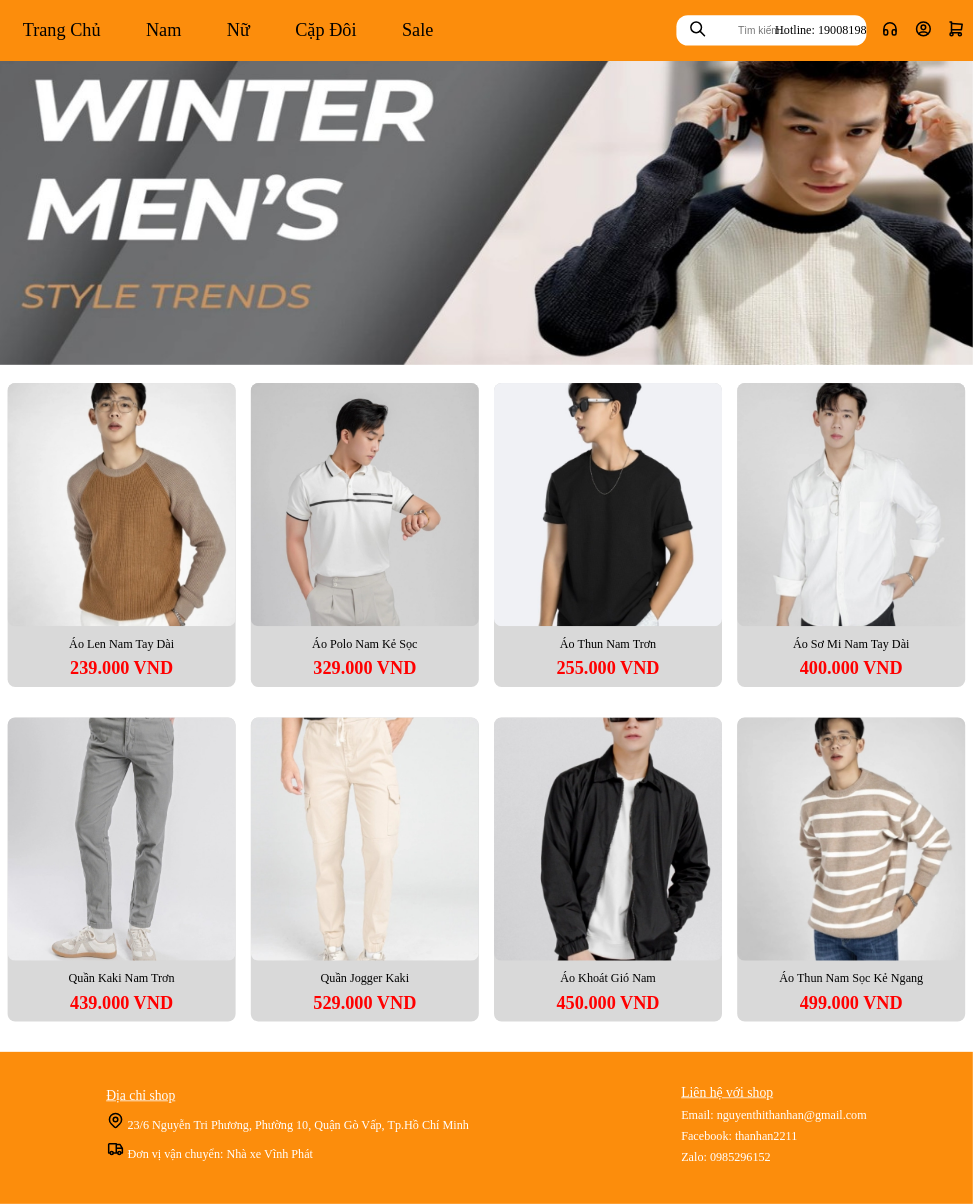
Repository: manhhieu120499/Project_ShopQuanAo
Page: html/nam.html
The author's editor kept a copy of each file at every save. The page is drawn from the files as they stood at one save, then again after a run of saves.
The browser window is 1280 px wide. The pictures show the whole page, at 76% of full size.

Above is the page before, as saved 2023-03-05 23:42:32.

### html/nam.html
<!DOCTYPE html>
<html lang="en">
<head>
    <meta charset="UTF-8">
    <meta http-equiv="X-UA-Compatible" content="IE=edge">
    <meta name="viewport" content="width=device-width, initial-scale=1.0">
    <title>Document</title>
    <link rel="stylesheet" href="/css/style_nam.css">
</head>
<body>
    <div class="wrap">
        <div class="header">
            <div class="header_nav">
                <a href="#">Trang Chủ</a>
                <a href="#">Nam</a>
                <a href="#">Nữ</a>
                <a href="#">Cặp Đôi</a>
                <a href="#">Sale</a>
            </div>
            <div class="right_header">
                <a href="#" class="search">
                    <svg xmlns="http://www.w3.org/2000/svg" class="icon icon-tabler icon-tabler-search" width="24" height="24" viewBox="0 0 24 24" stroke-width="2" stroke="currentColor" fill="none" stroke-linecap="round" stroke-linejoin="round">
                        <path stroke="none" d="M0 0h24v24H0z" fill="none"></path>
                        <path d="M10 10m-7 0a7 7 0 1 0 14 0a7 7 0 1 0 -14 0"></path>
                        <path d="M21 21l-6 -6"></path>
                     </svg>
                </a>
                <input type="text" placeholder="                  Tìm kiếm...">
                <a href="#" class="headphone">
                    <svg xmlns="http://www.w3.org/2000/svg" class="icon icon-tabler icon-tabler-headphones " width="24" height="24" viewBox="0 0 24 24" stroke-width="2" stroke="currentColor" fill="none" stroke-linecap="round" stroke-linejoin="round">
                        <path stroke="none" d="M0 0h24v24H0z" fill="none"></path>
                        <path d="M4 13m0 2a2 2 0 0 1 2 -2h1a2 2 0 0 1 2 2v3a2 2 0 0 1 -2 2h-1a2 2 0 0 1 -2 -2z"></path>
                        <path d="M15 13m0 2a2 2 0 0 1 2 -2h1a2 2 0 0 1 2 2v3a2 2 0 0 1 -2 2h-1a2 2 0 0 1 -2 -2z"></path>
                        <path d="M4 15v-3a8 8 0 0 1 16 0v3"></path>
                     </svg>
                </a>
                    <p class="phone_number">Hotline: 19008198</p>
                <a href="#">
                    <svg xmlns="http://www.w3.org/2000/svg" class="icon icon-tabler icon-tabler-user-circle " width="24" height="24" viewBox="0 0 24 24" stroke-width="2" stroke="currentColor" fill="none" stroke-linecap="round" stroke-linejoin="round">
                        <path stroke="none" d="M0 0h24v24H0z" fill="none"></path>
                        <path d="M12 12m-9 0a9 9 0 1 0 18 0a9 9 0 1 0 -18 0"></path>
                        <path d="M12 10m-3 0a3 3 0 1 0 6 0a3 3 0 1 0 -6 0"></path>
                        <path d="M6.168 18.849a4 4 0 0 1 3.832 -2.849h4a4 4 0 0 1 3.834 2.855"></path>
                     </svg>
                </a>
                <a href="#">
                    <svg xmlns="http://www.w3.org/2000/svg" class="icon icon-tabler icon-tabler-shopping-cart" width="24" height="24" viewBox="0 0 24 24" stroke-width="2" stroke="currentColor" fill="none" stroke-linecap="round" stroke-linejoin="round">
                        <path stroke="none" d="M0 0h24v24H0z" fill="none"></path>
                        <path d="M6 19m-2 0a2 2 0 1 0 4 0a2 2 0 1 0 -4 0"></path>
                        <path d="M17 19m-2 0a2 2 0 1 0 4 0a2 2 0 1 0 -4 0"></path>
                        <path d="M17 17h-11v-14h-2"></path>
                        <path d="M6 5l14 1l-1 7h-13"></path>
                     </svg>
                </a>
            </div>
        </div>

        <!--Slide_bar-->
        <div class="slide_bar">
            <img src="/image/image_trangnam/16.jpg" alt="picture_panel">
        </div>

        <!--products-->
        <div class="products">
            <div class="product_one">
                 <div class="product_item">
                    <a href="#"><img src="/image/image_trangnam/22.jpg" alt=""></a>
                    <p>Áo Len Nam Tay Dài</p>
                    <p>239.000 VND</p>
                 </div>
                 <div class="product_item">
                    <a href="#"><img src="/image/image_trangnam/17.jpg" alt=""></a>
                    <p>Áo Polo Nam Kẻ Sọc</p>
                    <p>329.000 VND</p>
                 </div>
                 <div class="product_item">
                    <a href="#"><img src="/image/image_trangnam/23.jpg" alt=""></a>
                    <p>Áo Thun Nam Trơn</p>
                    <p>255.000 VND</p>
                 </div>
                 <div class="product_item">
                    <a href="#"><img src="/image/image_trangnam/19.jpg" alt=""></a>
                    <p>Áo Sơ Mi Nam Tay Dài</p>
                    <p>400.000 VND</p>
                 </div>
            </div>

            <div class="product_one product_two">
                <div class="product_item">
                   <a href="#"><img src="/image/image_trangnam/24.jpg" alt=""></a>
                   <p>Quần Kaki Nam Trơn</p>
                   <p>439.000 VND</p>
                </div>
                <div class="product_item">
                   <a href="#"><img src="/image/image_trangnam/25.jpg" alt=""></a>
                   <p>Quần Jogger Kaki</p>
                   <p>529.000 VND</p>
                </div>
                <div class="product_item">
                   <a href="#"><img src="/image/image_trangnam/26.jpg" alt=""></a>
                   <p>Áo Khoát Gió Nam</p>
                   <p>450.000 VND</p>
                </div>
                <div class="product_item">
                   <a href="#"><img src="/image/image_trangnam/27.jpg" alt=""></a>
                   <p>Áo Thun Nam Sọc Kẻ Ngang</p>
                   <p>499.000 VND</p>
                </div>
           </div>
        </div>

        <!--Footer-->
        <div class="footer">
            <div class="left_footer">
                  <p class="address">Địa chỉ shop</p>
                  <p>
                    <a class="icon">
                        <svg xmlns="http://www.w3.org/2000/svg" class="icon icon-tabler icon-tabler-map-pin" width="24" height="24" viewBox="0 0 24 24" stroke-width="2" stroke="currentColor" fill="none" stroke-linecap="round" stroke-linejoin="round">
                            <path stroke="none" d="M0 0h24v24H0z" fill="none"></path>
                            <path d="M12 11m-3 0a3 3 0 1 0 6 0a3 3 0 1 0 -6 0"></path>
                            <path d="M17.657 16.657l-4.243 4.243a2 2 0 0 1 -2.827 0l-4.244 -4.243a8 8 0 1 1 11.314 0z"></path>
                         </svg>
                    </a>
                     23/6 Nguyễn Tri Phương, Phường 10, Quận Gò Vấp, Tp.Hồ Chí Minh
                  </p>
                  <p>
                    <a>
                        <svg xmlns="http://www.w3.org/2000/svg" class="icon icon-tabler icon-tabler-truck" width="24" height="24" viewBox="0 0 24 24" stroke-width="2" stroke="currentColor" fill="none" stroke-linecap="round" stroke-linejoin="round">
                            <path stroke="none" d="M0 0h24v24H0z" fill="none"></path>
                            <path d="M7 17m-2 0a2 2 0 1 0 4 0a2 2 0 1 0 -4 0"></path>
                            <path d="M17 17m-2 0a2 2 0 1 0 4 0a2 2 0 1 0 -4 0"></path>
                            <path d="M5 17h-2v-11a1 1 0 0 1 1 -1h9v12m-4 0h6m4 0h2v-6h-8m0 -5h5l3 5"></path>
                         </svg>
                         Đơn vị vận chuyển: Nhà xe Vĩnh Phát
                    </a>
                  </p>
            </div>
            <div class="right_footer">
                 <p class="address">Liên hệ với shop</p>
                 <p>Email: nguyenthithanhan@gmail.com</p>
                 <p>Facebook: thanhan2211</p>
                 <p>Zalo: 0985296152</p>
            </div>

        </div>
    </div>
</body>
</html>

### css/style_nam.css
* {
    margin: 0;
    box-sizing: border-box;
}

.header {
    background-color: #FC8D0C;
    width: 100%;
    height: 80px;
    display: flex;
    justify-content: space-between;
    align-items: center;
    position: fixed;
    top: 0;
    left: 0;
}

.header .header_nav {
    display: flex;
    justify-content: space-around;
    width: 600px;
}

.header_nav > a {
    color: black;
    text-decoration: none;
    font-size: 24px;
}

.header_nav > a:hover {
    color: white;
}

.header .right_header {
    display: flex;
    justify-content: space-around;
    width: 400px;
    align-items: center;
}

.right_header > input {
    width: 250px;
    height: 40px;
    padding: 0 15px;
    border-radius: 15px;
    border: none;
    position: relative;
}

.right_header > a {
    color: black;
}

.right_header .search {
    position: absolute;
    z-index: 1;
    right: 350px;
}

.slide_bar {
    margin-top: 80px;
}

.slide_bar > img {
    width: 100%;
    height: 400px;
    object-fit: fill;
}


/*products*/
.products {
    margin-top: 20px;
}
.product_one {
    display: flex;
    justify-content: space-around;
}

.product_one .product_item {
    width: 300px;
    height: 400px;
    background-color: #D9D9D9;
    border-radius: 10px;
}

.product_item > a > img {
    width: 100%;
    height: 320px;
    border-radius: 10px;
    object-fit: cover;
}

.product_item > p {
    font-size: 16px;
    text-align: center;
    margin-top: 10px;
}

.product_item > p:nth-child(3) {
    color: red;
    font-size: 24px;
    font-weight: bold;
}

.product_two {
    margin-top: 40px;
}

/*footer*/

.footer {
    margin-top: 40px;
    width: 100%;
    height: 200px;
    background-color: #FC8D0C;
    display: flex;
    justify-content: space-around;
    align-items: center;
    color: white;
}

.footer .left_footer {
    display: flex;
    flex-direction: column;
}

.left_footer p {
    margin-bottom: 10px;
}

.left_footer .address {
    text-decoration: underline;
    font-size: 18px;
}

.footer .right_footer {
    display: flex;
    flex-direction: column;
}

.right_footer p {
    margin-bottom: 10px;
}

.right_footer .address {
    text-decoration: underline;
    font-size: 18px;
}

.footer svg {
    color: black;
}


.headphone {
    position: relative;
}


.phone_number {
    position: absolute;
    top: ;
}

After the next 4 saves:
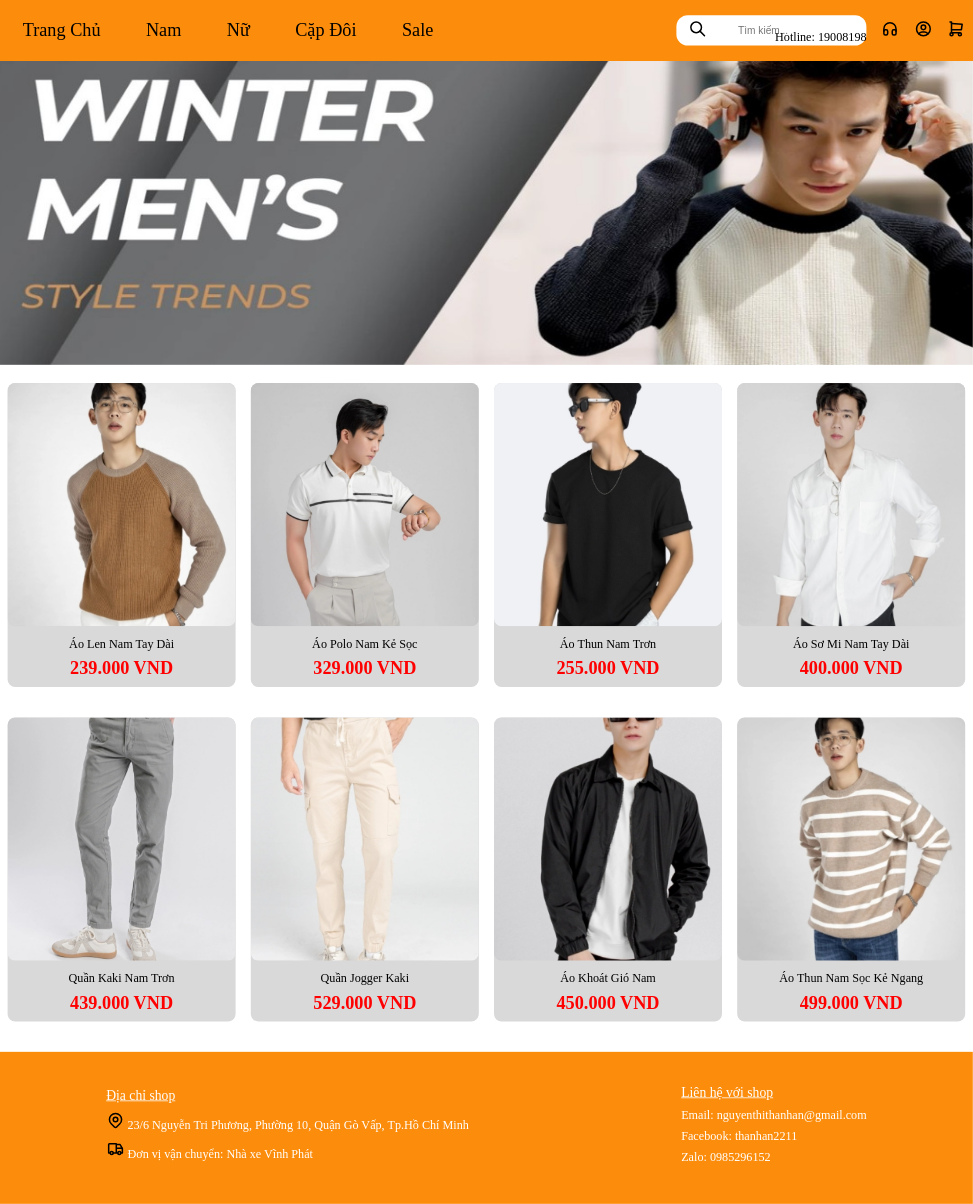
The 4 saves are shown as one change because they came seconds apart.
The last was saved 13 s later.
--- a/css/style_nam.css
+++ b/css/style_nam.css
@@ -160,5 +160,6 @@
 
 .phone_number {
     position: absolute;
-    top: ;
+    top: 40px;
+    right: -
 }
